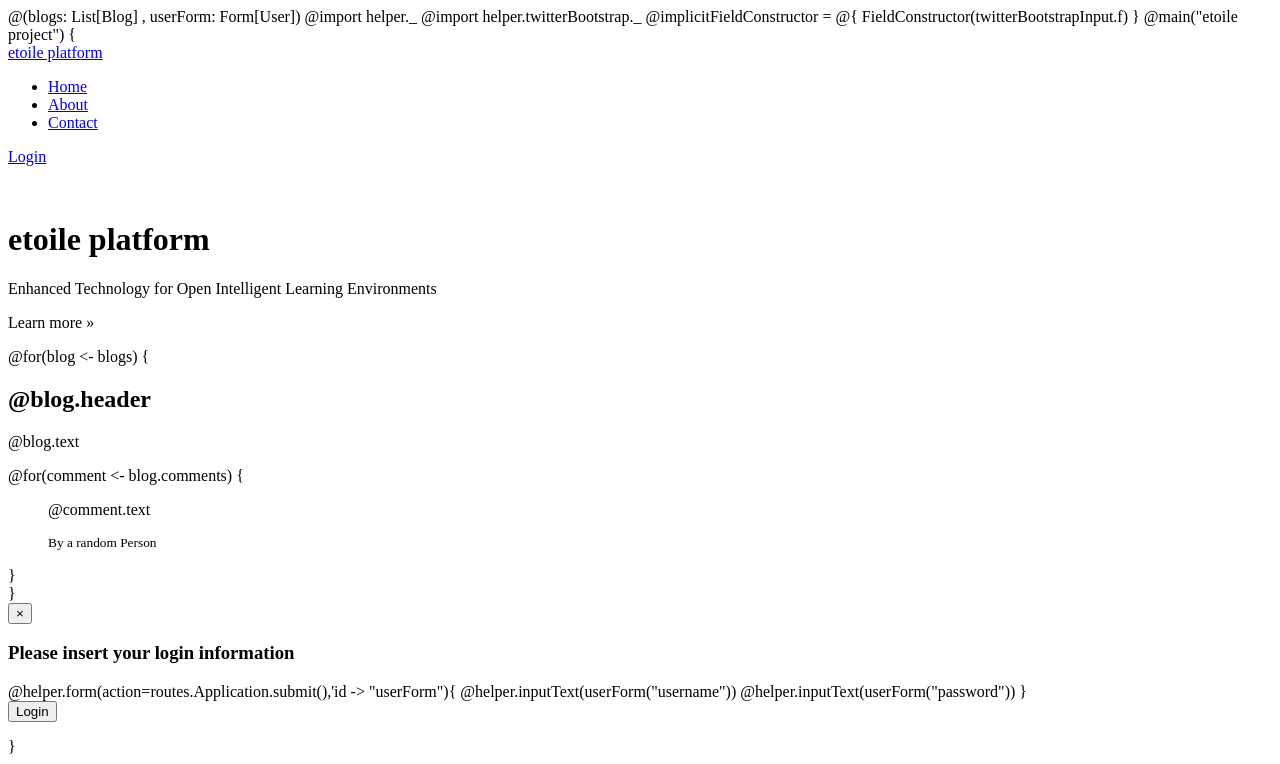
Repository: lopesdasilva/etoile
Page: etoile-play/.target/views/index.scala.html
These files come from the project's save history. The page is drawn as it stood at one moment and after the next save; the edit follows.
The browser window is 1280 px wide. The pictures show the whole page.

Above is the page before, as saved 2012-10-23 10:58:15.

### etoile-play/.target/views/index.scala.html
@(blogs: List[Blog] , userForm: Form[User])

@import helper._
@import helper.twitterBootstrap._
@implicitFieldConstructor = @{ FieldConstructor(twitterBootstrapInput.f) }
@main("etoile project") {

<div class="navbar navbar-inverse navbar-fixed-top">
      <div class="navbar-inner">
        <div class="container">
          <a class="btn btn-navbar" data-toggle="collapse" data-target=".nav-collapse">
            <span class="icon-bar"></span>
            <span class="icon-bar"></span>
            <span class="icon-bar"></span>
          </a>
          <a class="brand" href="#">etoile platform</a>
          <div class="nav-collapse collapse">
            <ul class="nav">
              <li class="active"><a href="#">Home</a></li>
              <li><a href="#about">About</a></li>
              <li><a href="#contact">Contact</a></li>
            </ul>
            <form class="navbar-form pull-right">
             <a href="#loginModal" role="button" class="btn btn-primary" data-toggle="modal">Login</a>



            </form>
          </div><!--/.nav-collapse -->
        </div>
      </div>
    </div>


 <br>
<div class="hero-unit">
	<h1>etoile platform</h1>
	<p>Enhanced Technology for Open Intelligent Learning Environments</p>
	 <p><a class="btn btn-primary btn-large">Learn more &raquo;</a></p>
</div>


<!-- Example row of columns -->
<div class="row" >
	@for(blog <- blogs) {
	<div class="span12">
		<h2>@blog.header</h2>
		<p>@blog.text</p>
		@for(comment <- blog.comments) {
		<blockquote>
			<p>@comment.text</p>
			<small>By a random Person</small>
		</blockquote>
		}
	</div>
	}
</div>

<form>
<div id="loginModal" class="modal hide fade" tabindex="-1" role="dialog" aria-labelledby="myModalLabel" aria-hidden="true">
  <div class="modal-header">
    <button type="button" class="close" data-dismiss="modal" aria-hidden="true">&times;</button>
    <h3 id="myModalLabel">Please insert your login information</h3>
  </div>
  <div class="modal-body">
   @helper.form(action=routes.Application.submit(),'id -> "userForm"){
			              	@helper.inputText(userForm("username"))
			              	            	@helper.inputText(userForm("password"))
			              	            	}
  </div>
  <div class="modal-footer">
    <button class="btn btn-primary" formaction="signup" formmethod="post">Login</button>
  </div>
</div>
</form>

}

After the next save:
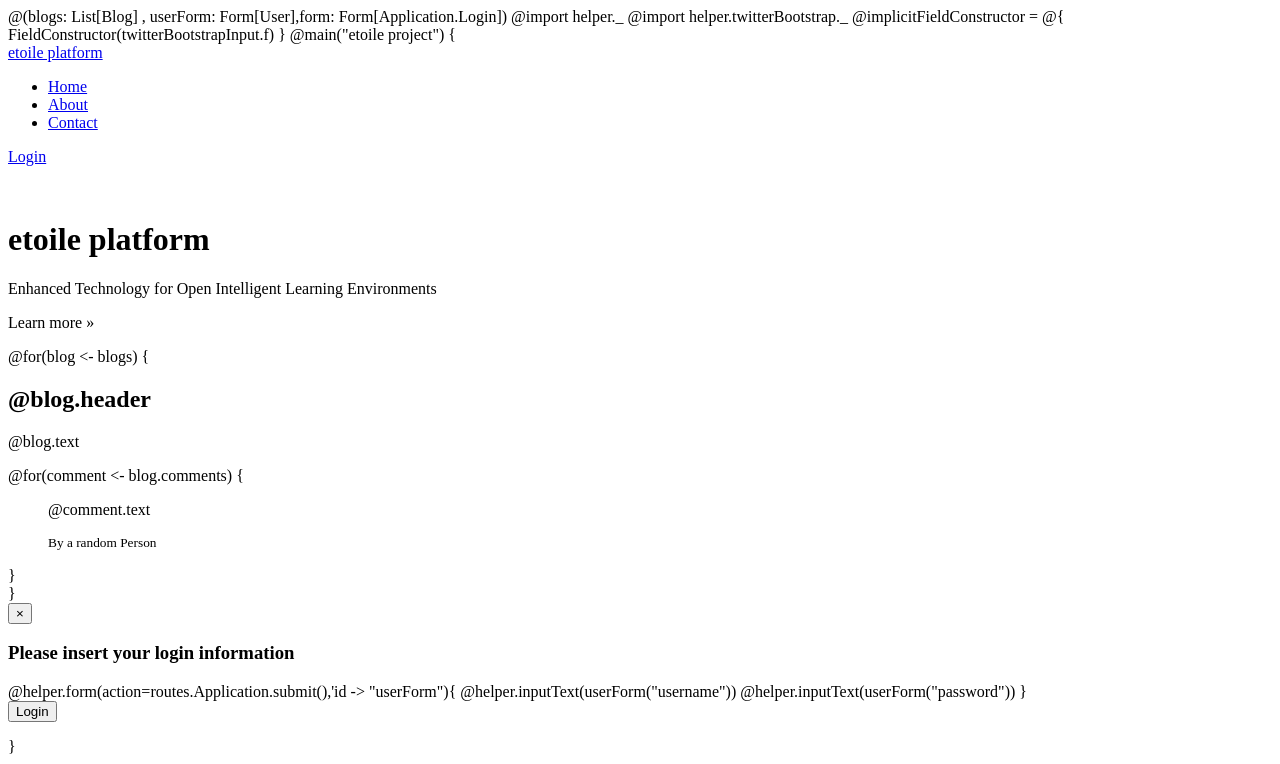
Saved 119 s later.
--- a/etoile-play/.target/views/index.scala.html
+++ b/etoile-play/.target/views/index.scala.html
@@ -1,4 +1,4 @@
-@(blogs: List[Blog] , userForm: Form[User])
+@(blogs: List[Blog] , userForm: Form[User],form: Form[Application.Login])
 
 @import helper._
 @import helper.twitterBootstrap._
